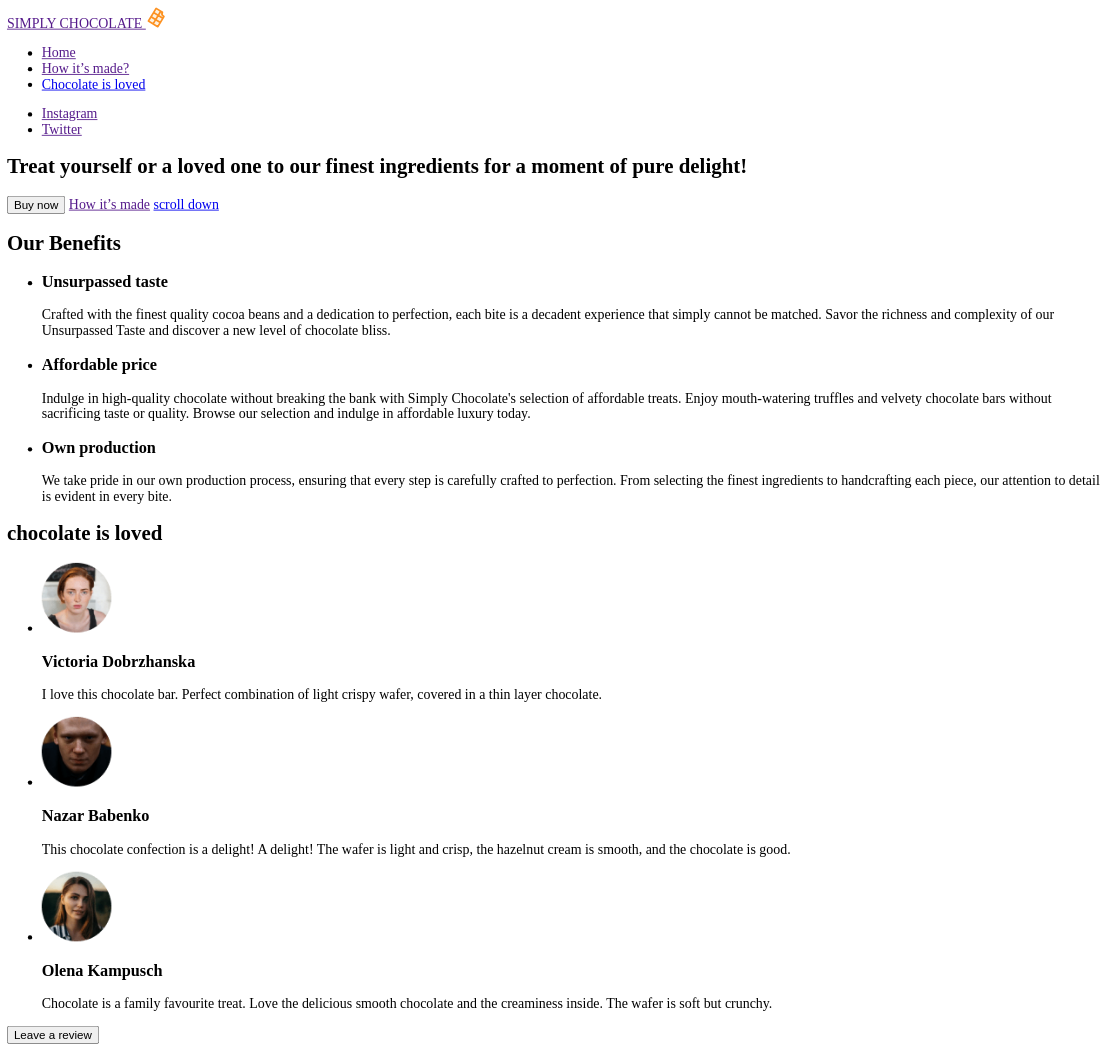
Repository: Sofiia-Khomyk/goit-markup-class-01
Page: index.html
These files come from the project's save history. The page is drawn as it stood at one moment and after the next save; the edit follows.
The browser window is 1280 px wide. The pictures show the whole page, at 87% of full size.

Above is the page before, as saved 2024-11-11 15:51:40.

### index.html
<!DOCTYPE html>
<html lang="en">
  <head>
    <meta charset="UTF-8" />
    <meta name="viewport" content="width=device-width, initial-scale=1.0" />
    <title>Chocolate</title>
  </head>
  <body>
    <!-- Page Header -->
    <header>
      <nav>
        <a href=""
          >SIMPLY CHOCOLATE
          <img src="./images/chocolate-logo.svg" alt="site logo" />
        </a>
        <ul>
          <li>
            <a href="">Home</a>
          </li>
          <li>
            <a href="">How it’s made?</a>
          </li>
          <li>
            <a href="#reviews">Chocolate is loved</a>
          </li>
        </ul>
      </nav>
      <ul>
        <li>
          <a href="" target="_blank" rel="noopener noreferrer">Instagram</a>
        </li>
        <li>
          <a href="" target="_blank" rel="noopener noreferrer">Twitter</a>
        </li>
      </ul>
    </header>

    <main>
      <!-- Hero Section -->
      <section>
        <h1>
          Treat yourself or a loved one to our finest ingredients for a moment
          of pure delight!
        </h1>
        <button type="button">Buy now</button>
        <a href="">How it’s made</a>
        <a href="#benefits">scroll down</a>
      </section>
      <!-- Our Benefits -->
      <section id="benefits">
        <h2>Our Benefits</h2>
        <ul>
          <li>
            <h3>Unsurpassed taste</h3>
            <p>
              Crafted with the finest quality cocoa beans and a dedication to
              perfection, each bite is a decadent experience that simply cannot
              be matched. Savor the richness and complexity of our Unsurpassed
              Taste and discover a new level of chocolate bliss.
            </p>
          </li>
          <li>
            <h3>Affordable price</h3>
            <p>
              Indulge in high-quality chocolate without breaking the bank with
              Simply Chocolate's selection of affordable treats. Enjoy
              mouth-watering truffles and velvety chocolate bars without
              sacrificing taste or quality. Browse our selection and indulge in
              affordable luxury today.
            </p>
          </li>
          <li>
            <h3>Own production</h3>
            <p>
              We take pride in our own production process, ensuring that every
              step is carefully crafted to perfection. From selecting the finest
              ingredients to handcrafting each piece, our attention to detail is
              evident in every bite.
            </p>
          </li>
        </ul>
      </section>
      <!-- Ingredients Section -->
      <section>
        <h2></h2>
      </section>
      <section><h2></h2></section>
      <!-- Reviews Section -->
      <section id="reviews">
        <h2>chocolate is loved</h2>
        <ul>
          <li>
            <img
              src="./images/reviews/vic-dob.png"
              alt="Victoria Dobrorzanska avatar"
              width="80"
              height="80"
            />
            <h3>Victoria Dobrzhanska</h3>
            <p>
              I love this chocolate bar. Perfect combination of light crispy
              wafer, covered in a thin layer chocolate.
            </p>
          </li>
          <li>
            <img
              src="./images/reviews/naz-bab.png"
              alt="Nazar Babenko avatar"
              width="80"
              height="80"
            />
            <h3>Nazar Babenko</h3>
            <p>
              This chocolate confection is a delight! A delight! The wafer is
              light and crisp, the hazelnut cream is smooth, and the chocolate
              is good.
            </p>
          </li>
          <li>
            <img
              src="./images/reviews/olen-kam.png"
              alt="Olena Kampusch avatar"
              width="80"
              height="80"
            />
            <h3>Olena Kampusch</h3>
            <p>
              Chocolate is a family favourite treat. Love the delicious smooth
              chocolate and the creaminess inside. The wafer is soft but
              crunchy.
            </p>
          </li>
        </ul>
        <button type="button">Leave a review</button>
      </section>
    </main>
    <footer></footer>
  </body>
</html>

After the next save:
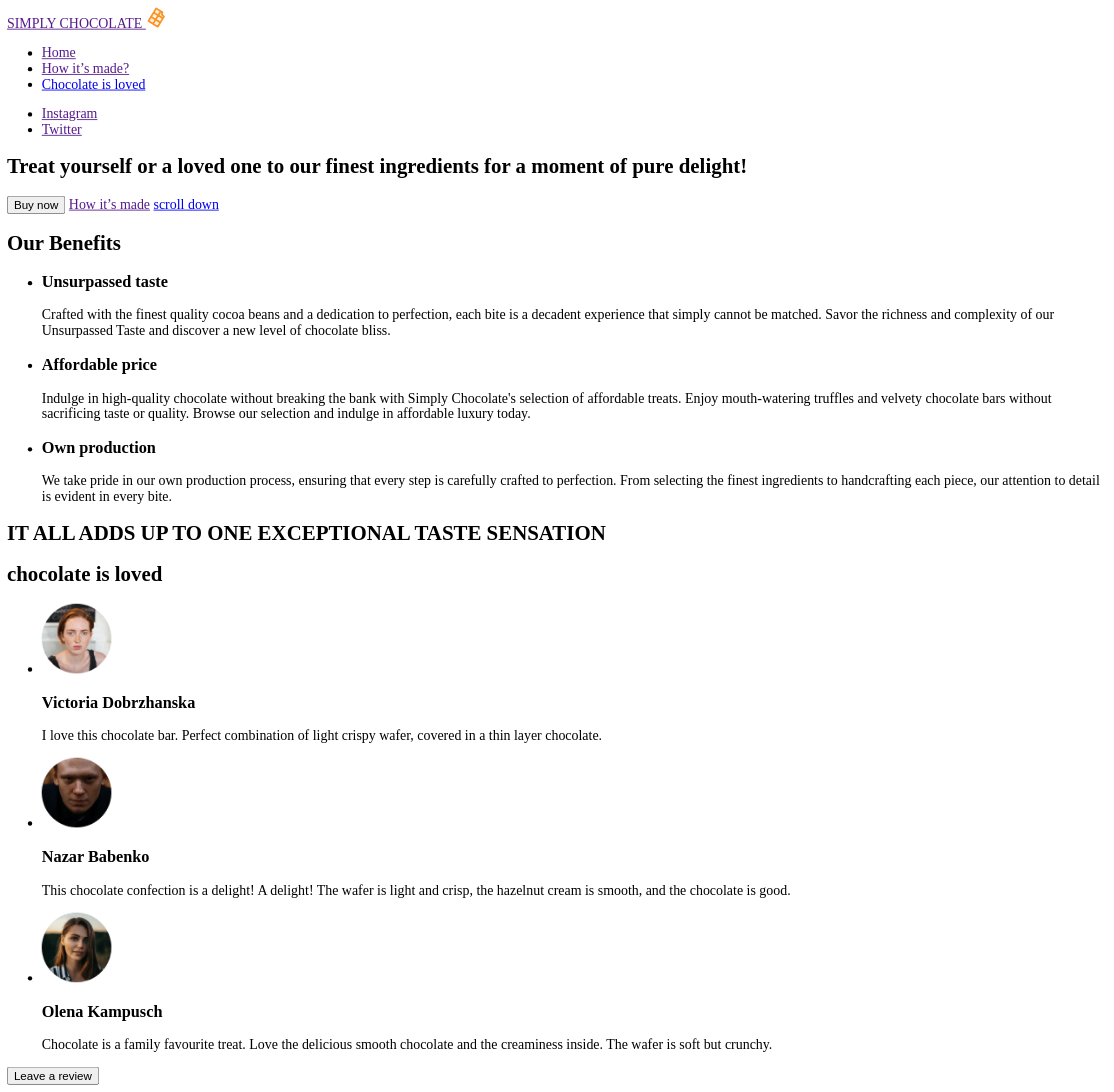
Saved 23 s later.
--- a/index.html
+++ b/index.html
@@ -82,7 +82,8 @@
       </section>
       <!-- Ingredients Section -->
       <section>
-        <h2></h2>
+        <h2>IT ALL ADDS UP TO ONE EXCEPTIONAL TASTE SENSATION</h2>
+        <p></p>
       </section>
       <section><h2></h2></section>
       <!-- Reviews Section -->
